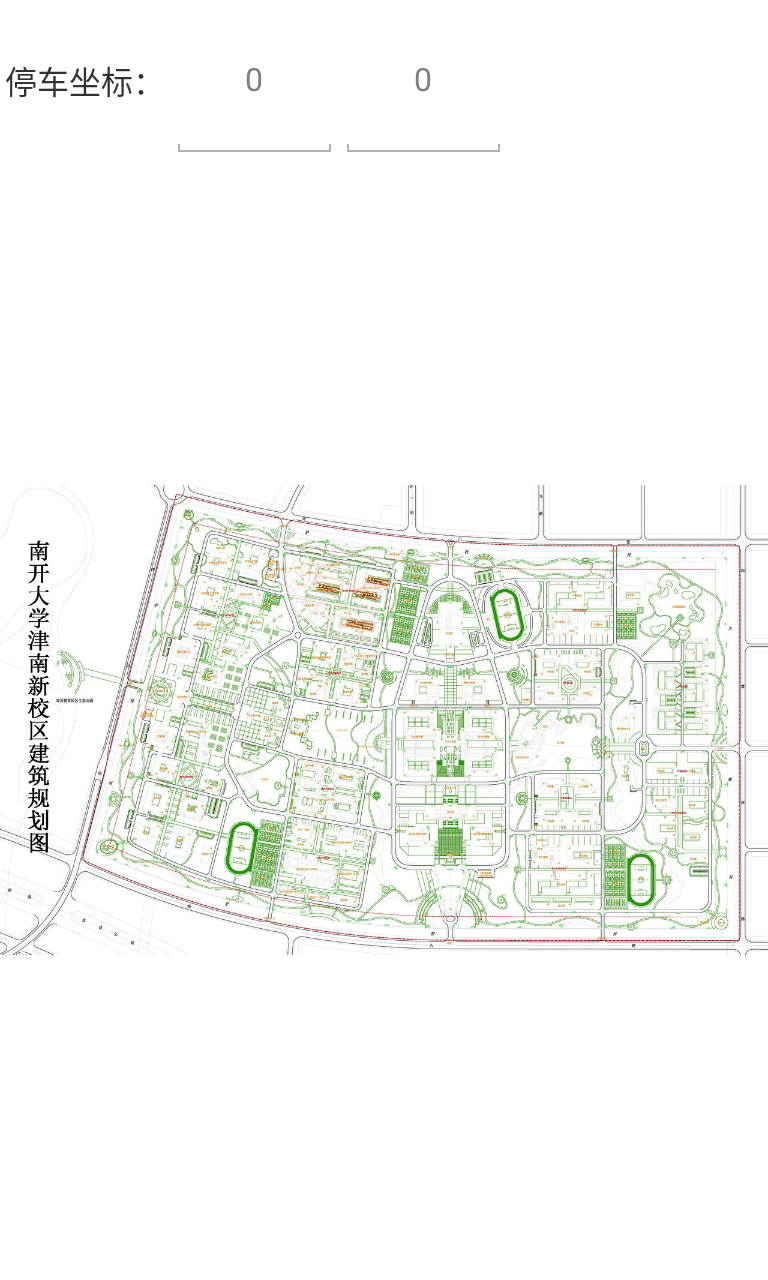
Repository: CovaWang/temporary_embedded
Layout: 7#车联·共享单车/代码/代码/res/layout/compass.xml
An editor plug-in stored every save of this project. The layout is shown before and after the next save, followed by the edit.
It is drawn on a 768 x 1280 px phone screen (xhdpi) without system bars, with theme AppTheme; the app's code is not run.

Above is the layout before, as saved 2024-04-24 11:09:49.

After the next save:
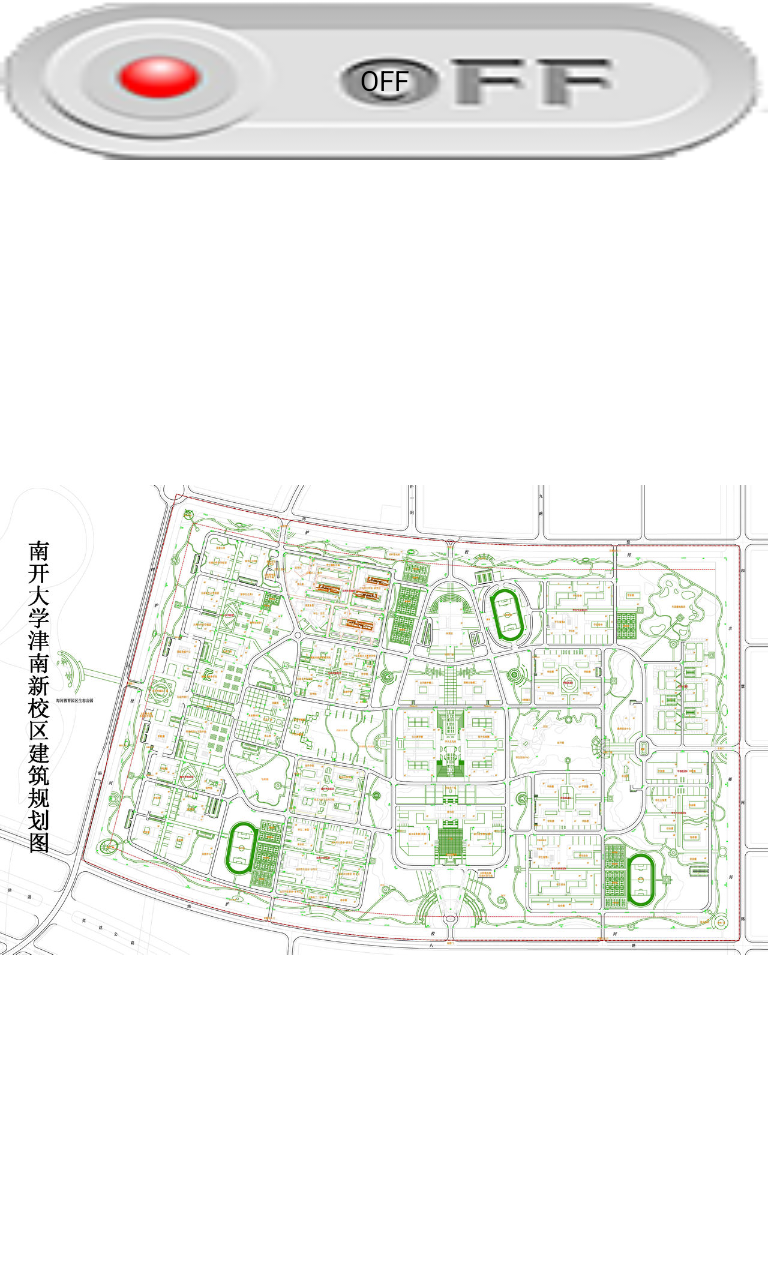
Saved 87 s later.
--- a/7#车联·共享单车/代码/代码/res/layout/compass.xml
+++ b/7#车联·共享单车/代码/代码/res/layout/compass.xml
@@ -38,14 +38,12 @@
 			android:layout_weight="1" />
 
 	    <ToggleButton
-        android:id="@+id/compass_Button"
-        android:layout_width="80dp"
-        android:layout_height="35dp"
-        android:layout_marginLeft="50dp"
-        android:layout_marginTop="150dp"
-        android:background="@drawable/toggle_btn_bg_selector"
-        android:textOff=""
-        android:textOn="" />
+	        android:id="@+id/compass_Button"
+	        android:layout_width="match_parent"
+			android:layout_height="match_parent"
+			android:gravity="center"
+			android:hint="0"
+	        android:background="@drawable/toggle_btn_bg_selector" />
 
    </LinearLayout>
 

After the save that followed:
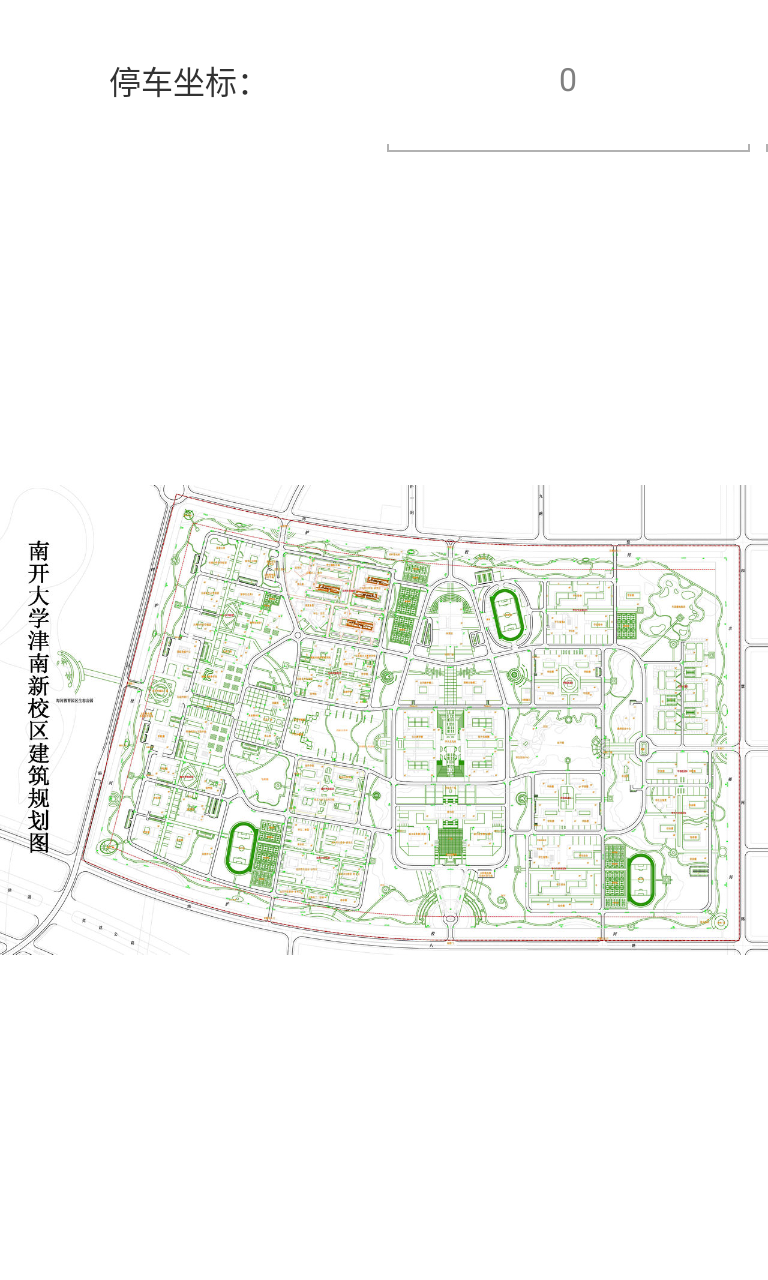
Saved 119 s later.
--- a/7#车联·共享单车/代码/代码/res/layout/compass.xml
+++ b/7#车联·共享单车/代码/代码/res/layout/compass.xml
@@ -39,11 +39,11 @@
 
 	    <ToggleButton
 	        android:id="@+id/compass_Button"
-	        android:layout_width="match_parent"
-			android:layout_height="match_parent"
+	        android:layout_width="10dp"
+			android:layout_height="2dp"
 			android:gravity="center"
-			android:hint="0"
-	        android:background="@drawable/toggle_btn_bg_selector" />
+			android:layout_weight="1"
+	        />
 
    </LinearLayout>
 
